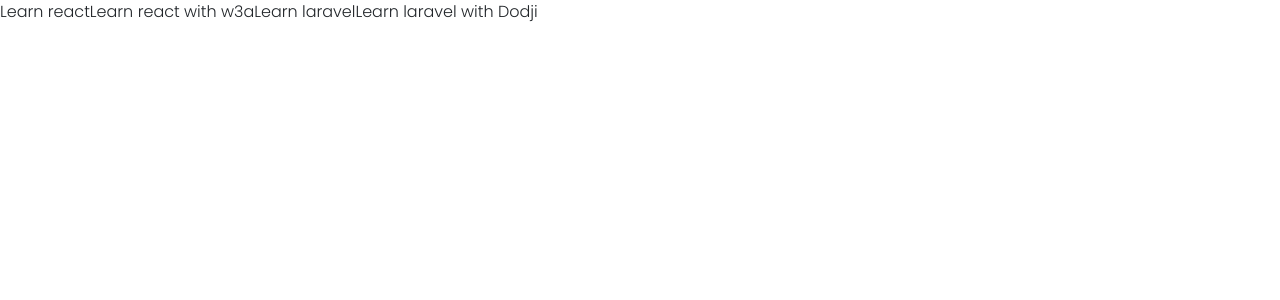
Repository: FS-23/react-task-manager
Page: /tasks/list
These files come from the project's save history. The page is drawn as it stood at one moment and after the next save; the edit follows.
The browser window is 1280 px wide. The pictures show the whole page.
The project was rebuilt for these pictures with package versions that can differ from the ones it lists, and the page was loaded fresh each time.

Above is the page before, as saved 2022-05-12 15:23:03.

### public/index.html
<!DOCTYPE html>
<html lang="en">
  <head>
    <meta charset="utf-8" />
    <link rel="icon" href="%PUBLIC_URL%/favicon.ico" />
    <meta name="viewport" content="width=device-width, initial-scale=1" />
    <meta name="theme-color" content="#000000" />
    <meta  name="description" content="Web site created using create-react-app"/>
    <link rel="apple-touch-icon" href="%PUBLIC_URL%/logo192.png" />

    <link rel="manifest" href="%PUBLIC_URL%/manifest.json" />

    <title>React App</title>

    <!-- CSS only -->
   <link href="https://cdn.jsdelivr.net/npm/bootstrap@5.1.3/dist/css/bootstrap.min.css" rel="stylesheet" >
  </head>
  <body>
    <noscript>You need to enable JavaScript to run this app.</noscript>
    <div id="root"></div>


    <!-- JavaScript Bundle with Popper -->
    <script src="https://cdn.jsdelivr.net/npm/bootstrap@5.1.3/dist/js/bootstrap.bundle.min.js"></script>
  </body>
</html>

### src/index.js
import React from 'react';
import ReactDOM from 'react-dom/client';
import './index.css';
import App from './App';
//import 'https://cdn.jsdelivr.net/npm/bootstrap@5.1.3/dist/css/bootstrap.min.css'

const root = ReactDOM.createRoot(document.getElementById('root'));
root.render(
  <React.StrictMode>
    <App />
  </React.StrictMode>
);

// If you want to start measuring performance in your app, pass a function
// to log results (for example: reportWebVitals(console.log))
// or send to an analytics endpoint. Learn more: https://bit.ly/CRA-vitals

### src/index.css

.login-bg {
     background-image: linear-gradient(160deg , red , blue);
}

@font-face {
  font-family: "Poppins";
  src: url(./font/Poppins-Light.ttf);
}

*{
   font-family:  "Poppins" , sans-serif;
}

### src/App.js

import Login from "./components/Login";
import TaskList from "./components/TaskList";


function App() {
  return (
    <div className="App">
      <div className="d-none"><Login/></div>
       <TaskList />

    </div>
  );
}




export default App;

### src/components/Login.js
import { useState } from 'react'
function Login(){
    let [email , setEmail]= useState('')
    let [password , setPassword]= useState('')
    let [loading , setLoading]= useState(false)

    function handleEmailChange(event){
        setEmail(event.target.value)
    }

    function handlePasswordChange(event){
        setPassword(event.target.value)
    }

    function handleFormSubmit(event){
        event.preventDefault()
        console.log('form infos', {email , password})
        setLoading(true)
        setTimeout(()=> {
           setLoading(false)
        }, 3000)
    }
     return(
         <>
             <div className='position-fixed vw-100 vh-100  top-0'>
                    <div className="login-bg position-absolute opacity-25 top-0 w-100 h-100">

                    </div>

                    <div className='position-absolute translate-middle top-50 start-50'>
                         <div className='modal-dialog' style={{width: '500px' }}>
                               <div className='modal-content'>
                                    <div className='modal-header'>
                                        <h2 className='modal-title'>Connexion</h2>
                                        <a href='#'>S'enregistrer</a>
                                    </div>
                                    <div className='modal-body'>
                                    <form onSubmit={handleFormSubmit}>
                                            <div className="">
                                                <label class="form-label">Email</label>
                                                <input
                                                    className="form-control"
                                                    type="email"
                                                    onChange={handleEmailChange}
                                                    placeholder="Email"/>
                                            </div>
                                            <div className="mt-4">
                                            <label class="form-label">Password</label>
                                            <input
                                                className="form-control"
                                                type="password"
                                                onChange={handlePasswordChange}
                                                placeholder="password"/>
                                            </div>
                                            <button className="btn btn-primary mt-4">
                                                Connecter
                                                {loading ? <div className='spinner-border ms-1 spinner-border-sm'></div>: ''}
                                            </button>

                                        </form>
                                    </div>
                               </div>
                         </div>
                    </div>
             </div>
         </>
     )
}

export default Login




/*


                 */

### src/components/TaskList.js
function TaskList(){
    let tasks = [
         {id: 1 , title: "Learn react" , description: "Learn react with w3a"} ,
         {id: 2 , title: 'Learn laravel' , description: "Learn laravel with Dodji" }
        ]
    return (
        <div>
            {
                tasks.map( (task , index) => task.title + task.description)
            }
        </div>
    )
}

export default TaskList

After the next save:
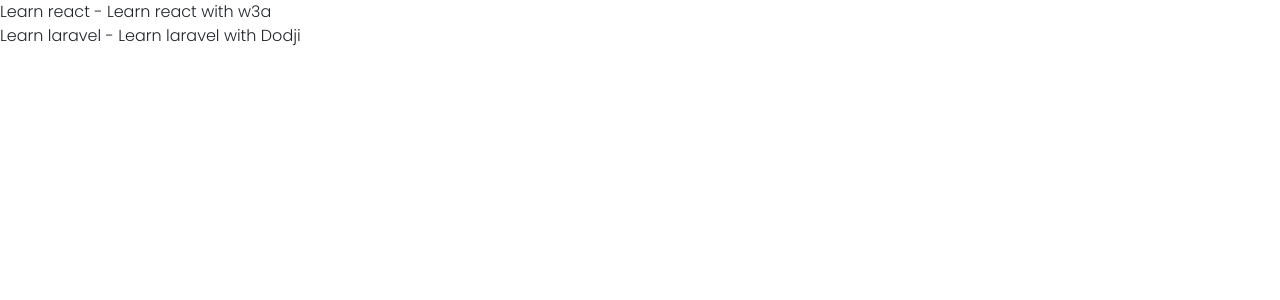
Saved 50 s later.
--- a/src/components/TaskList.js
+++ b/src/components/TaskList.js
@@ -6,7 +6,11 @@
     return (
         <div>
             {
-                tasks.map( (task , index) => task.title + task.description)
+                tasks.map( (task , index) => (
+                    <div>
+                        {task.title} - {task.description}
+                    </div>
+                ))
             }
         </div>
     )
